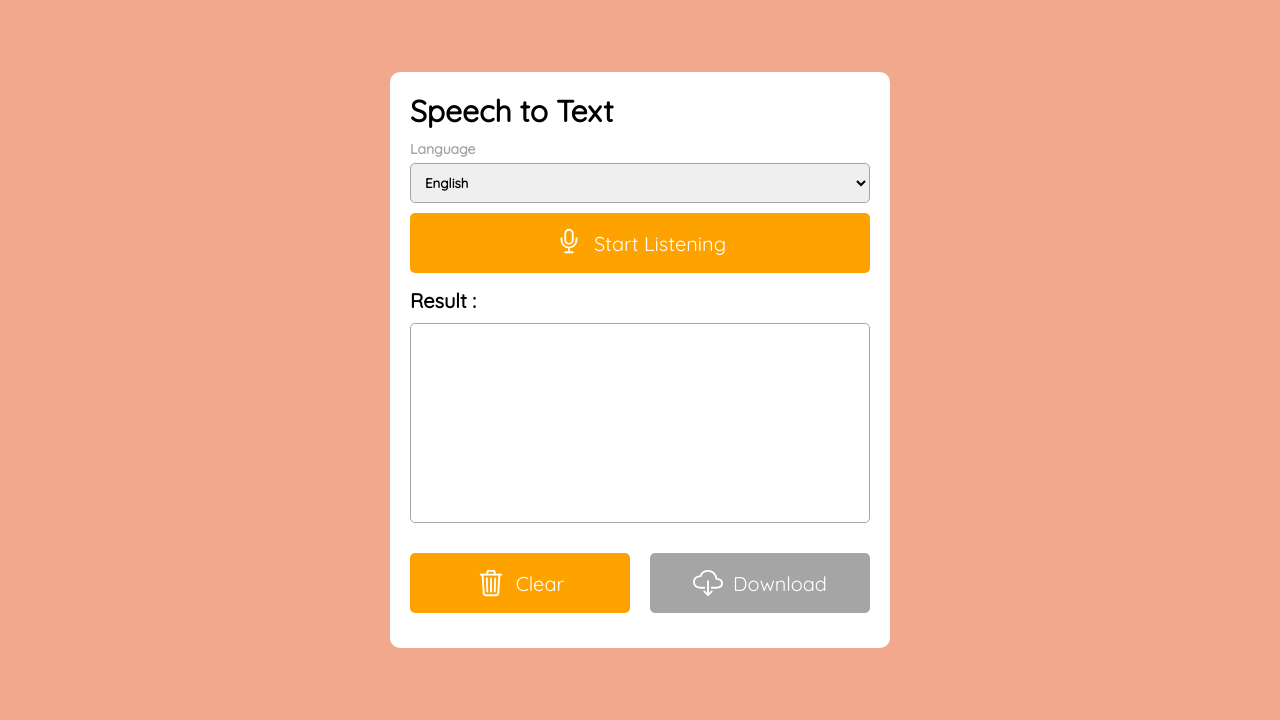
Repository: tsthuy/SpeechToText
Page: index.html
The author's editor kept a copy of each file at every save. The page is drawn from the files as they stood at one save, then again after the next save.
The browser window is 1280 px wide. The pictures show the whole page.

Above is the page before, as saved 2023-08-28 03:45:17.

After the next save:
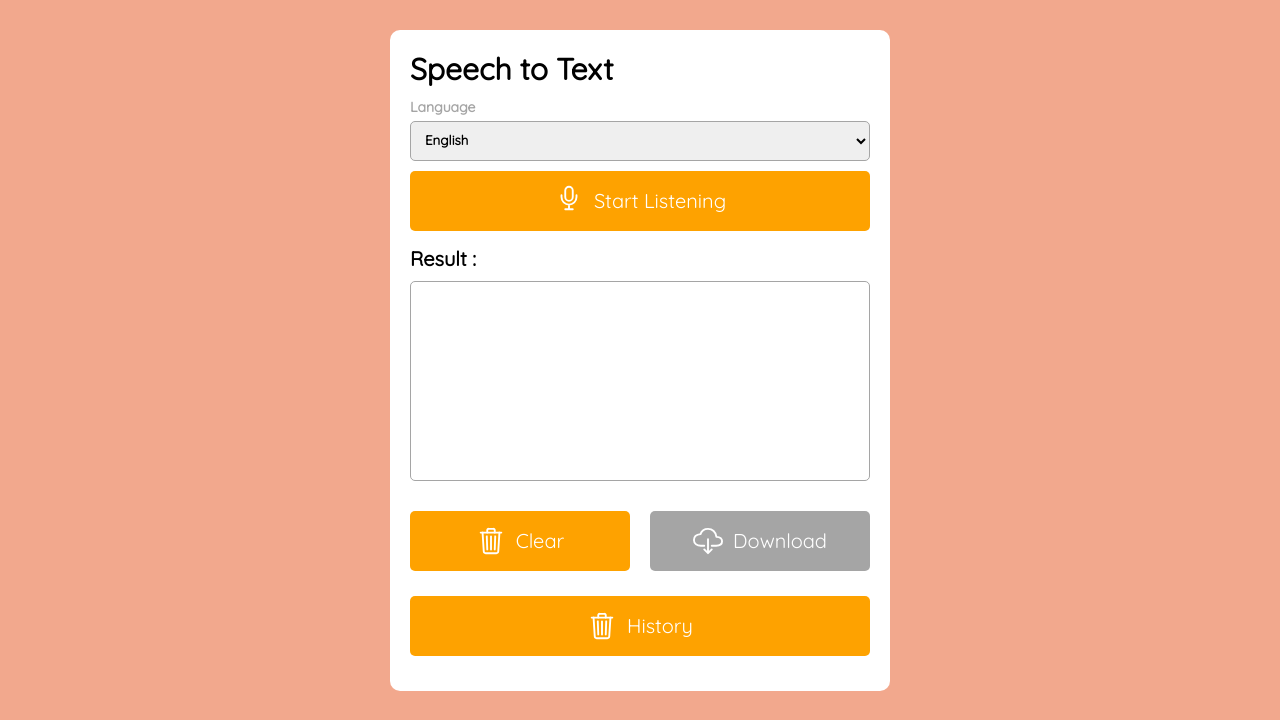
Saved 2 min 9 s later.
--- a/index.html
+++ b/index.html
@@ -43,6 +43,13 @@
           <p>Download</p>
         </button>
       </div>
+      <div class="buttons">
+        <button class="btn store">
+          <ion-icon name="trash-outline"></ion-icon>
+          <p>History</p>
+        </button>
+
+      </div>
     </div>
 
     <!-- IONICONS -->
